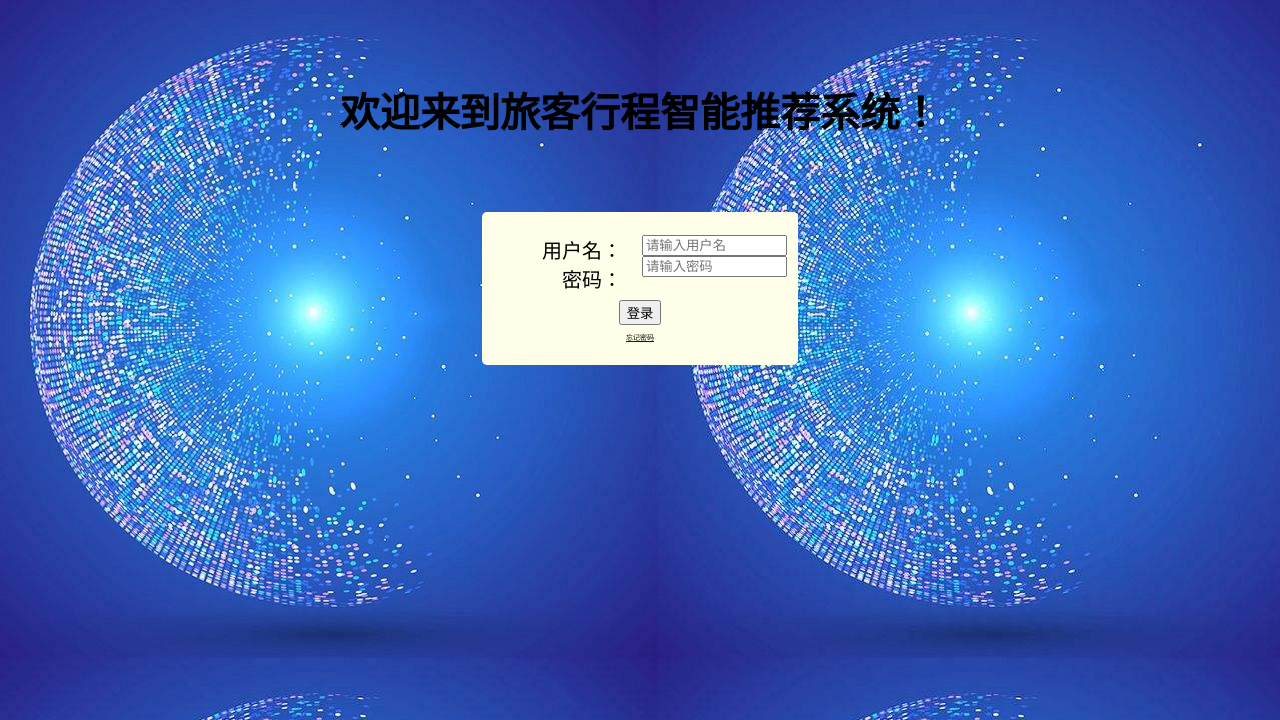
Repository: never-404/Intelligent-recommendation-system
Page: http://localhost/Intelligent-recommendation-system/log.jsp
An editor plug-in stored every save of this project. The page is shown before and after the next save, followed by the edit.
The browser window is 1280 px wide. The pictures show the whole page.
The page is served by Tomcat 9. Nobody is signed in. The application's start-up code is not run.

Above is the page before, as saved 2019-04-19 00:53:11.

After the next save:
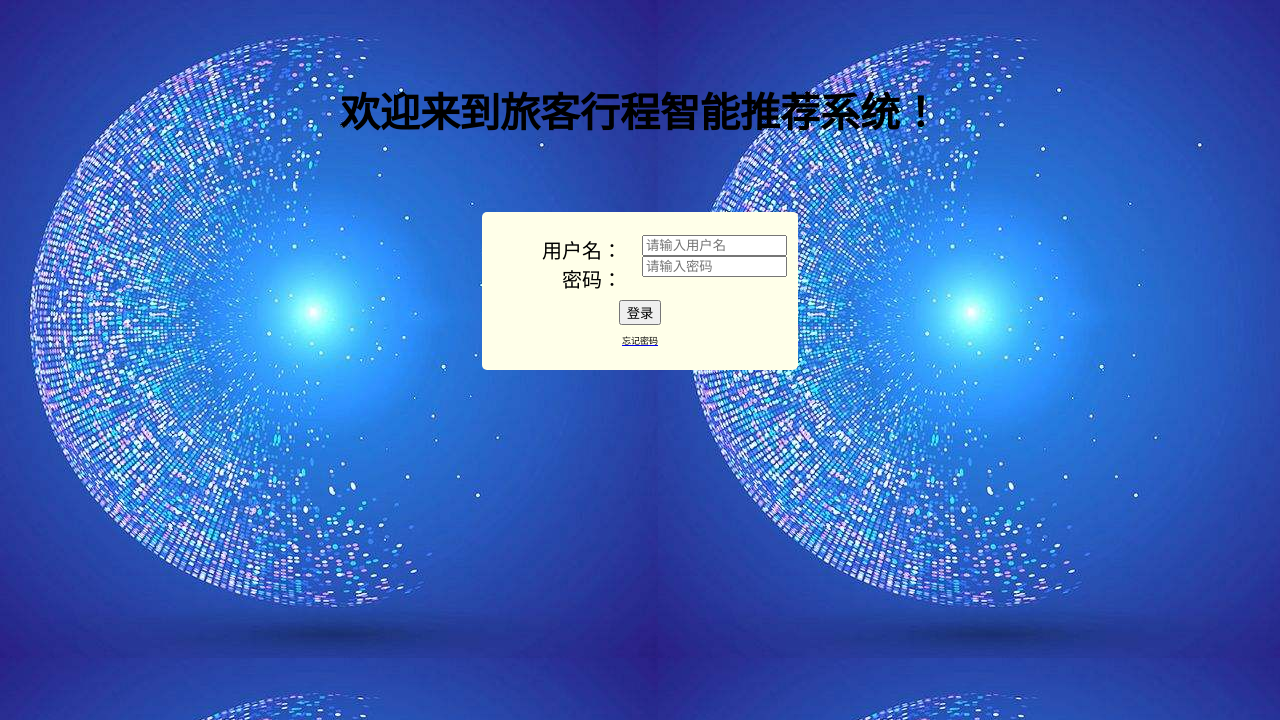
Saved 9 s later.
--- a/Intelligent-recommendation-system/WebRoot/log.jsp
+++ b/Intelligent-recommendation-system/WebRoot/log.jsp
@@ -29,7 +29,7 @@
         .a{
             text-align:center;
             vertical-align:middle;
-            font-size:7px;
+            font-size:9px;
         }
         img{max-width: 100%; height:auto;}
 
